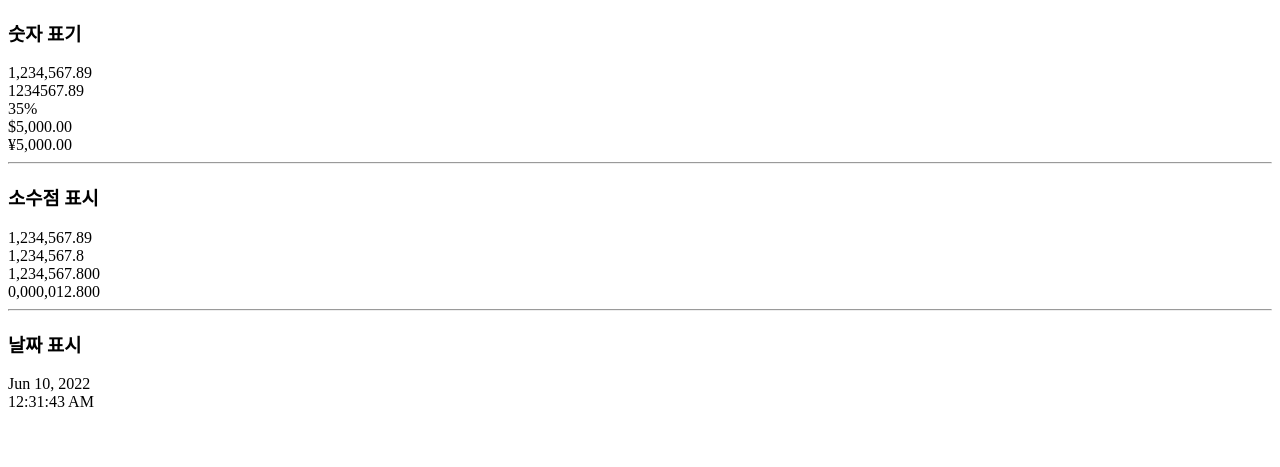
Repository: YooMyeongSeon/JSP_Servlet_Study
Page: http://localhost/web07/Ex_21.jsp
An editor plug-in stored every save of this project. The page is shown before and after the next save, followed by the edit.
The browser window is 1280 px wide. The pictures show the whole page.
The page is served by Tomcat 9.

Above is the page before, as saved 2022-06-10 07:37:26.

After the next save:
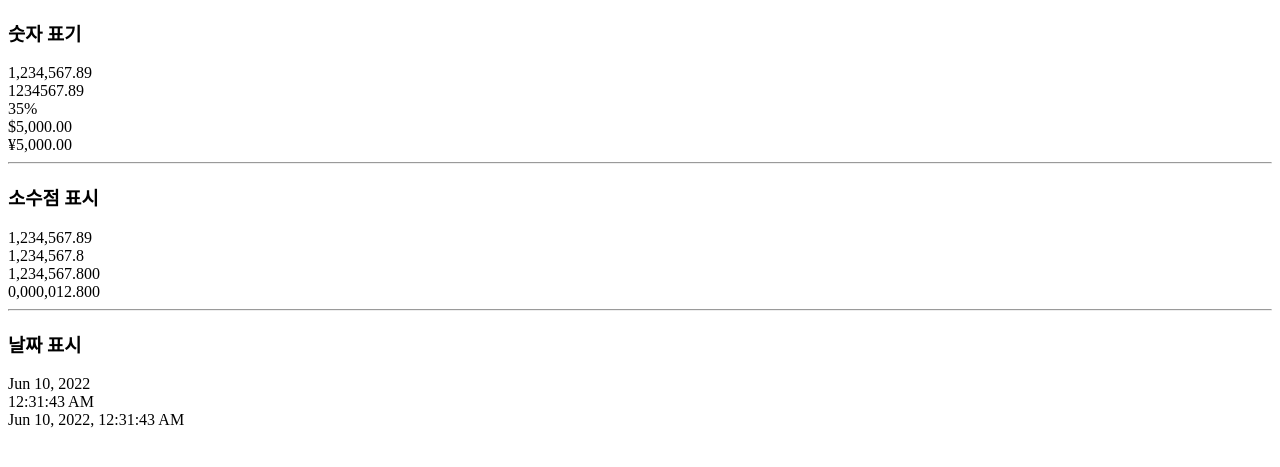
Saved 24 s later.
--- a/web07/WebContent/Ex_21.jsp
+++ b/web07/WebContent/Ex_21.jsp
@@ -27,5 +27,6 @@
 	<c:set var="now" value="<%=new java.util.Date()%>"/>
 	<fmt:formatDate value="${now}"/><br> <!-- 2022. 6. 10 -->
 	<fmt:formatDate value="${now}" type="time"/><br> <!-- 오후 4:36:45 -->
+	<fmt:formatDate value="${now}" type="both"/><br> <!-- 2022. 6. 10 오후 4:36:45 -->
 </body>
 </html>
